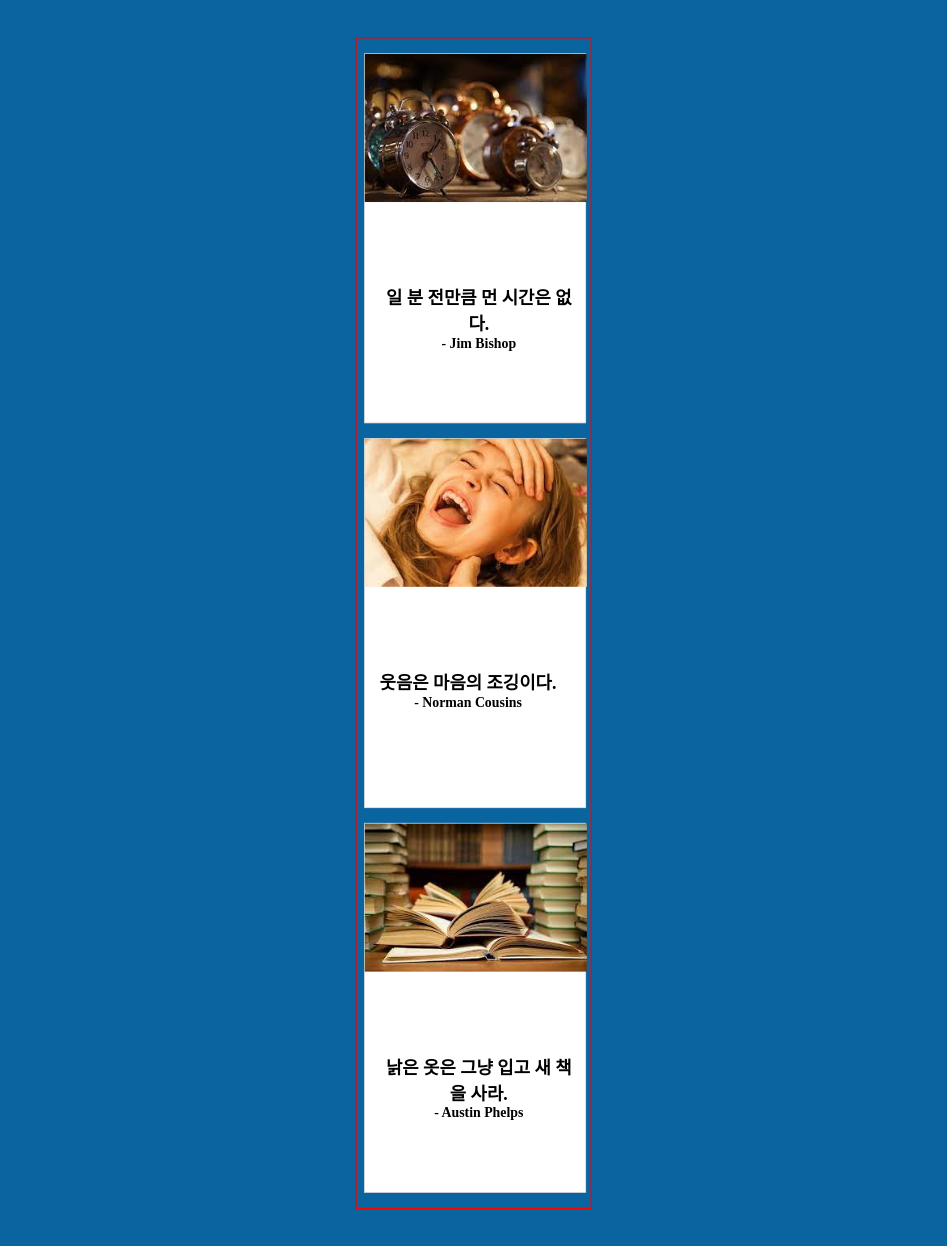
Repository: b1996om/HTML-CSS_study
Page: pro09/public/mediaQuery.html
These files come from the project's save history. The page is drawn as it stood at one moment and after the next save; the edit follows.
The browser window is 1280 px wide. The pictures show the whole page, at 74% of full size.

Above is the page before, as saved 2022-12-09 05:46:10.

### pro09/public/mediaQuery.html
<!DOCTYPE html>
<html lang="ko">
<head>
	<meta charset="utf-8">
	<title>미디어쿼리를 이용한 웹 문서 만들기(실습)</title>
	<style>
		* {
			margin:0;
			padding:0;
			box-sizing:border-box;
		}
		body {
			background:rgb(9, 100, 160);
		}
		#con {
		 	border:2px solid red;
			width:320px;
			margin:50px auto;
		}
		.card {
			position:relative;
			width:300px;
			height:500px;
			margin:20px 10px;
			border:1px solid #0f0f0f33;
			background-color:#ffffff;
		}
		.card img {
			display:block;
		}
		.words {
			position:absolute;
			left:10px;
			top:300px;
			padding:10px;
			text-align:center;
		}

	</style>
</head>
<body>
	<div id="con">
		<div class="card">
			<img src="images/1.jpg" width="300" height="200" alt="이미지1">
			<div class="words">
				<h2>일 분 전만큼 먼 시간은 없다.</h2>
				<h3>- Jim Bishop</h3>
			</div>
		</div>
		<div class="card">
			<img src="images/2.jpg" width="300" height="200" alt="이미지2">
			<div class="words">
				<h2>웃음은 마음의 조깅이다.</h2>
				<h3>- Norman Cousins</h3>
			</div>
		</div>
		<div class="card">
			<img src="images/3.jpg" width="300" height="200" alt="이미지3">
			<div class="words">
				<h2>낡은 옷은 그냥 입고 새 책을 사라.</h2>
				<h3>- Austin Phelps</h3>
			</div>
		</div>
	</div>
</body>
</html>

After the next save:
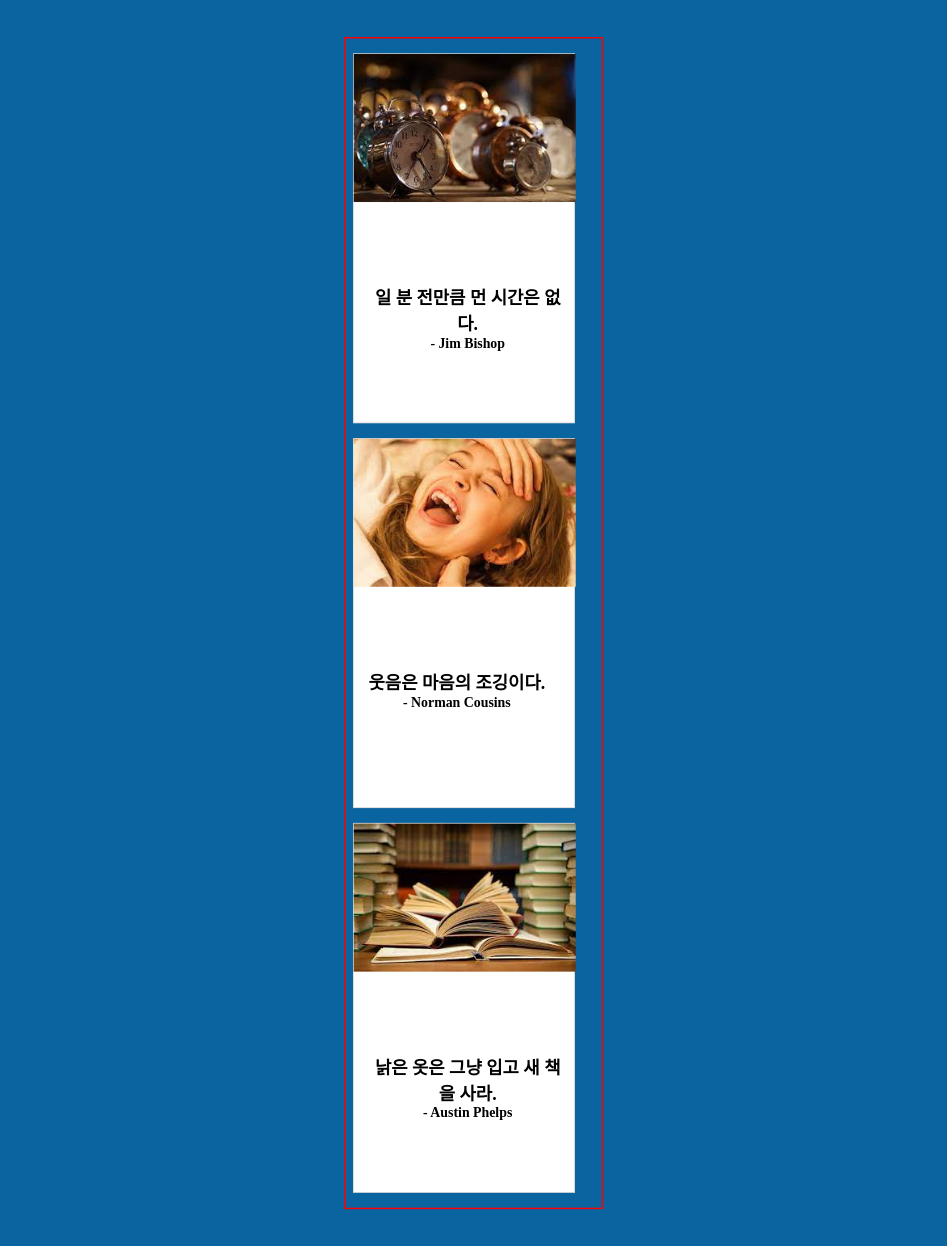
Saved 16 s later.
--- a/pro09/public/mediaQuery.html
+++ b/pro09/public/mediaQuery.html
@@ -14,7 +14,7 @@
 		}
 		#con {
 		 	border:2px solid red;
-			width:320px;
+			width:350px;
 			margin:50px auto;
 		}
 		.card {

After the save that followed:
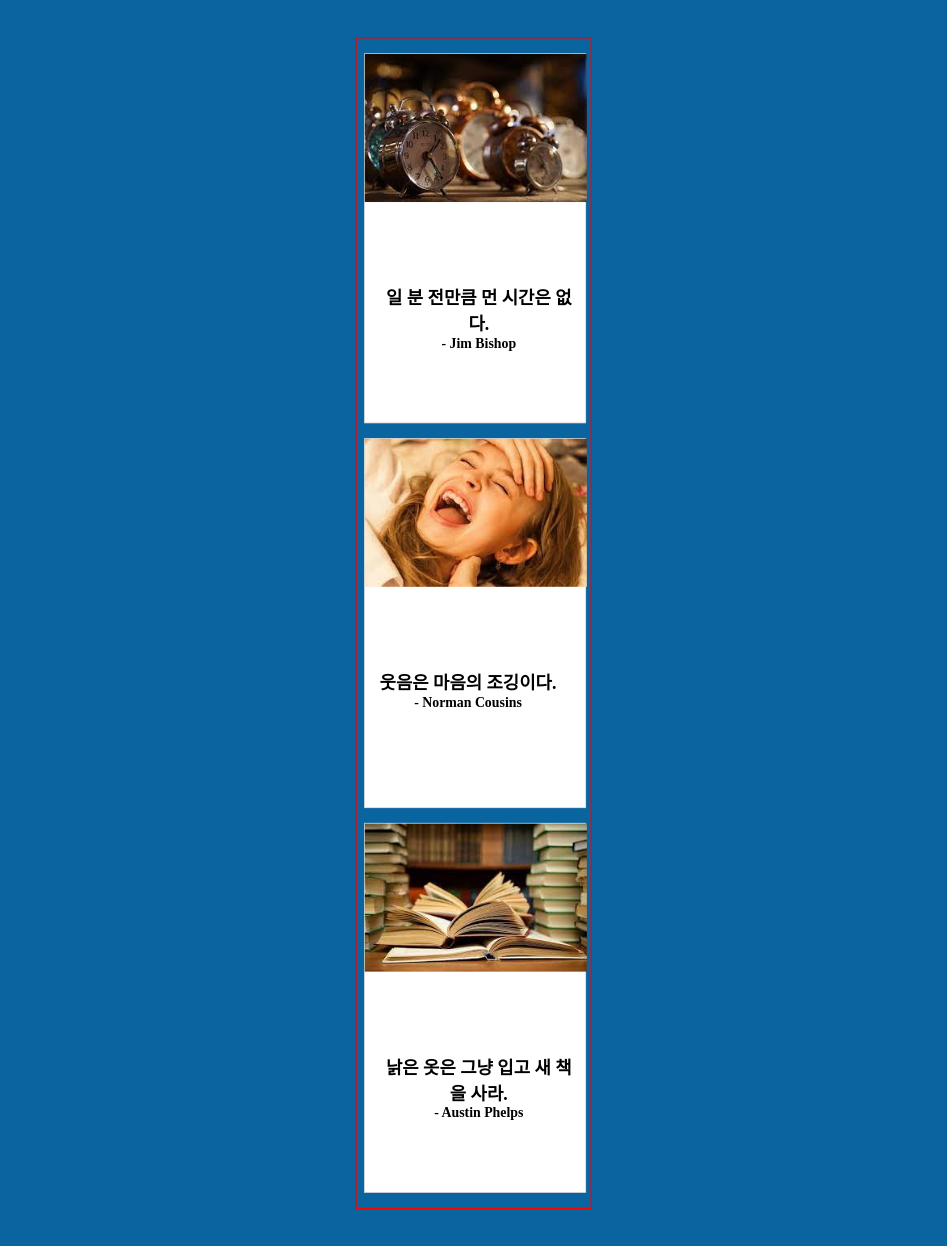
Saved 9 s later.
--- a/pro09/public/mediaQuery.html
+++ b/pro09/public/mediaQuery.html
@@ -14,7 +14,7 @@
 		}
 		#con {
 		 	border:2px solid red;
-			width:350px;
+			width:320px;
 			margin:50px auto;
 		}
 		.card {
